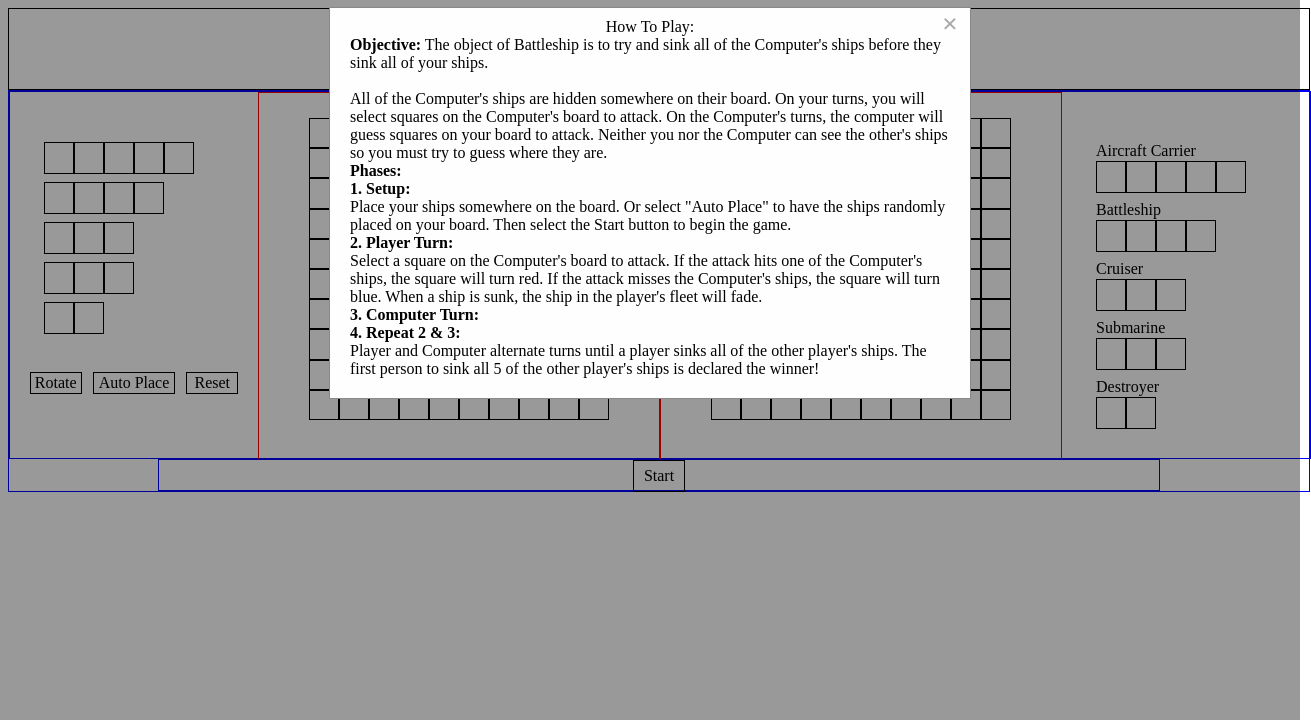
Repository: J-Haze/BattleshipApp
Page: /, after clicking the first element matching `#how-to`
These files come from the project's save history. The page is drawn as it stood at one moment and after the next save; the edit follows.
The browser window is 1280 px wide. The page is 1311 px wide, so the pictures cover 1311 px, including what lies to the right of the window. The pictures show the whole page.
The project was rebuilt for these pictures with package versions that can differ from the ones it lists, and the page was loaded fresh each time. Also part of the build but not shown: src/index.css, src/Components/ModalEnd.js.

Above is the page before, as saved 2020-09-26 16:18:45.

After the next save:
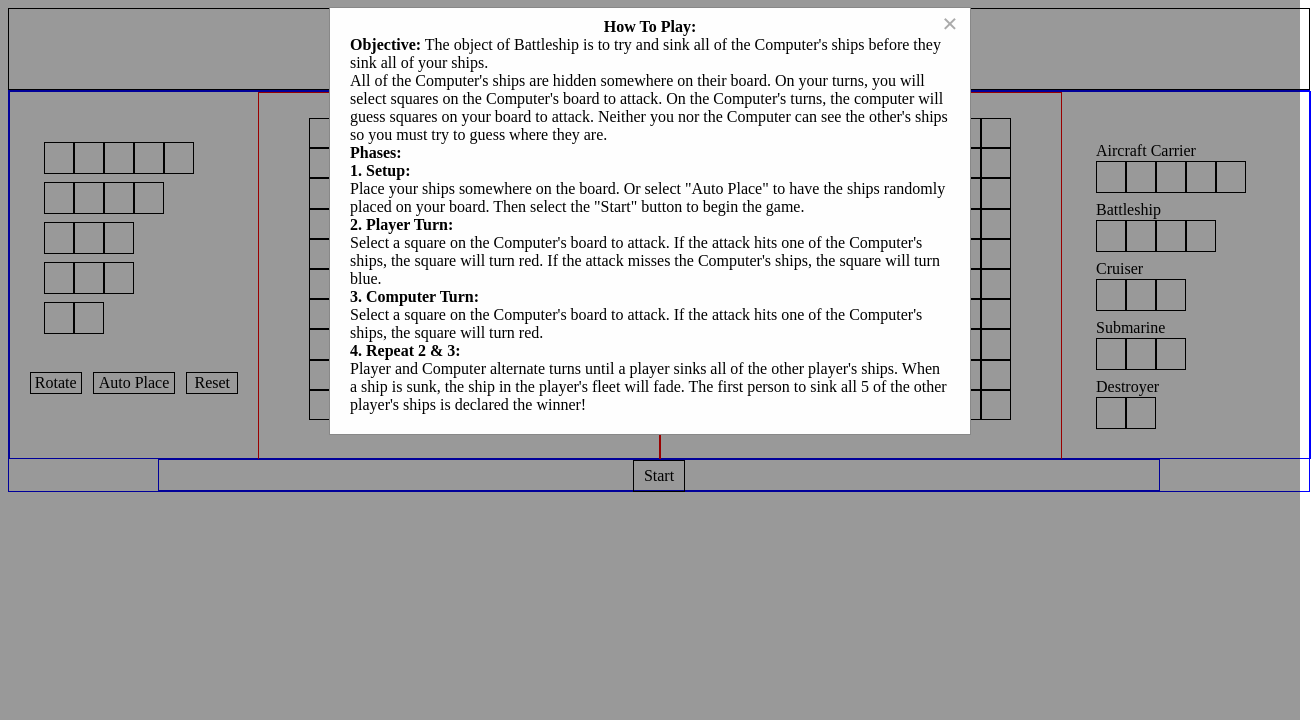
Saved 5 min 24 s later.
--- a/src/Components/ModalHowTo.js
+++ b/src/Components/ModalHowTo.js
@@ -9,19 +9,20 @@ function ModalEnd(props) {
         <div className="modal">
             <div id="howToModal" className="modal-content">
                 <span className="close" onClick={props.hideModal}>&times;</span>
-                <div className="howToTop"> How To Play:</div>
+                <div className="howToTop"> <strong>How To Play:</strong></div>
                 <div className="howToBottom">
-                    <div> <strong>Objective:</strong> The object of Battleship is to try and sink all of the Computer's ships before they sink all of your ships. <br /><br /> All of the Computer's ships are hidden somewhere on their board. On your turns, you will select squares on the Computer's board to attack. On the Computer's turns, the computer will guess squares on your board to attack. Neither you nor the Computer can see the other's ships so you must try to guess where they are.
+                    <div> <strong>Objective:</strong> The object of Battleship is to try and sink all of the Computer's ships before they sink all of your ships. </div>
+                    <div>All of the Computer's ships are hidden somewhere on their board. On your turns, you will select squares on the Computer's board to attack. On the Computer's turns, the computer will guess squares on your board to attack. Neither you nor the Computer can see the other's ships so you must try to guess where they are.
                         </div>
                     <div><strong>Phases:</strong></div>
                     <div><strong>1. Setup:</strong></div>
-                    <div>Place your ships somewhere on the board. Or select "Auto Place" to have the ships randomly placed on your board. Then select the Start button to begin the game.</div>
+                    <div>Place your ships somewhere on the board. Or select "Auto Place" to have the ships randomly placed on your board. Then select the "Start" button to begin the game.</div>
                     <div><strong>2. Player Turn:</strong></div>
-                    <div>Select a square on the Computer's board to attack. If the attack hits one of the Computer's ships, the square will turn red. If the attack misses the Computer's ships, the square will turn blue. When a ship is sunk, the ship in the player's fleet will fade.</div>
+                    <div>Select a square on the Computer's board to attack. If the attack hits one of the Computer's ships, the square will turn red. If the attack misses the Computer's ships, the square will turn blue.</div>
                     <div><strong>3. Computer Turn:</strong></div>
-                    <dv></dv>
+                    <div>Select a square on the Computer's board to attack. If the attack hits one of the Computer's ships, the square will turn red.</div>
                     <div><strong>4. Repeat 2 & 3: </strong></div>
-                    <div>Player and Computer alternate turns until a player sinks all of the other player's ships. The first person to sink all 5 of the other player's ships is declared the winner!</div>
+                    <div>Player and Computer alternate turns until a player sinks all of the other player's ships. When a ship is sunk, the ship in the player's fleet will fade. The first person to sink all 5 of the other player's ships is declared the winner!</div>
                 </div>
             </div>
         </div>
